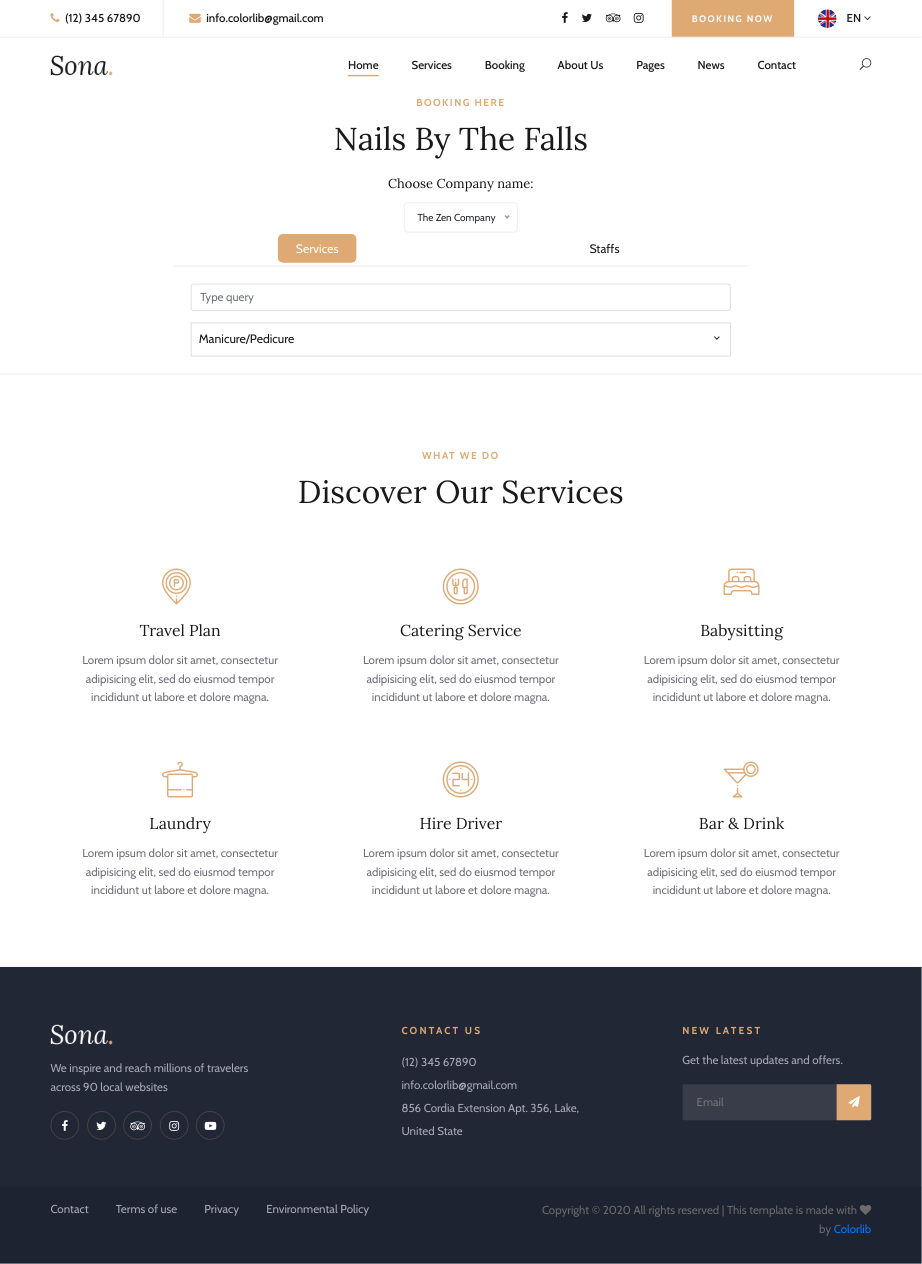
Repository: KeriBoss/Booking_Spa
Page: booking.html
An editor plug-in stored every save of this project. The page is shown before and after the next save, followed by the edit.
The browser window is 1280 px wide. The pictures show the whole page, at 72% of full size.

Above is the page before, as saved 2023-05-19 16:31:59.

After the next save:
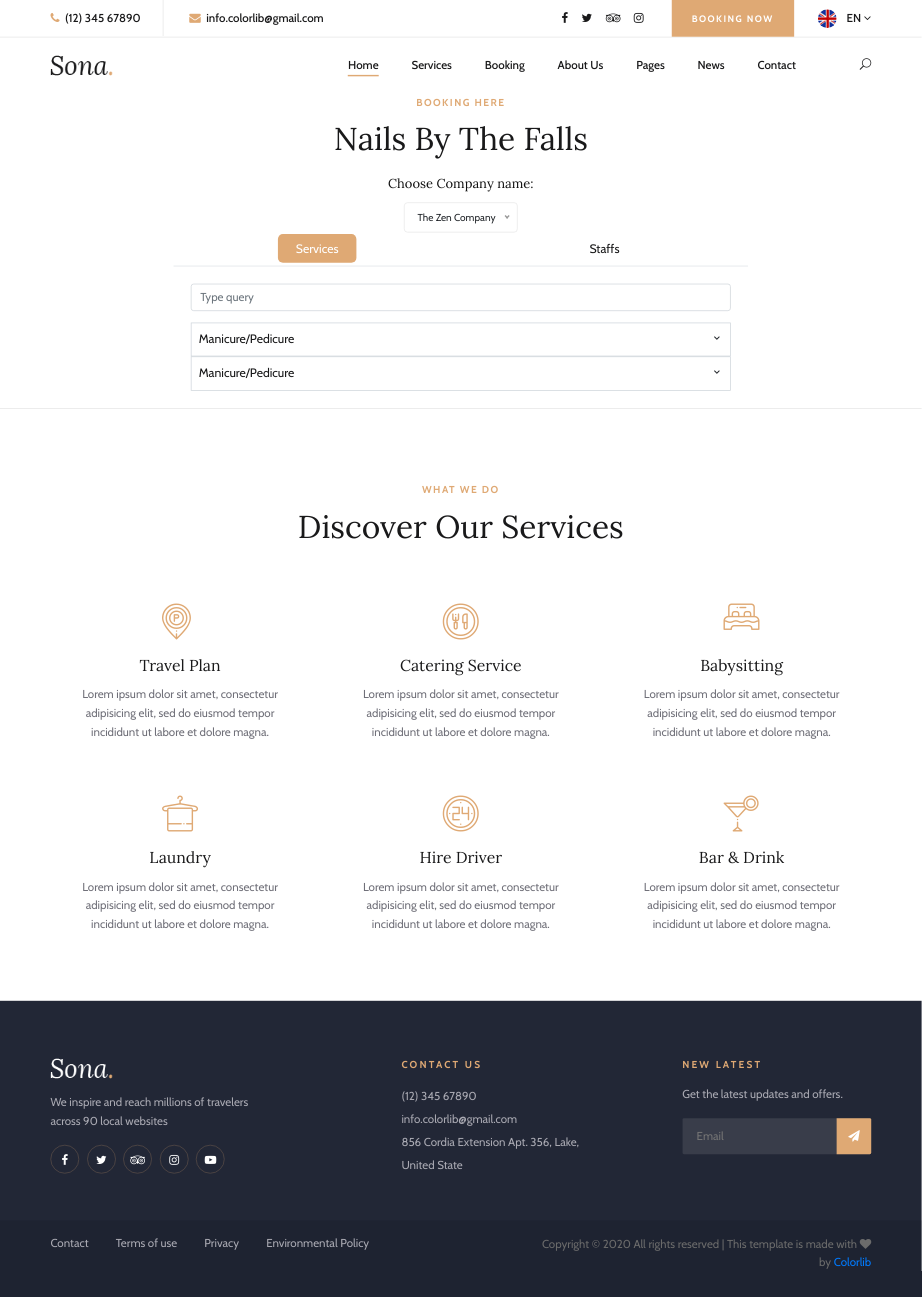
Saved 12 s later.
--- a/booking.html
+++ b/booking.html
@@ -231,6 +231,30 @@
                                                 </div>
                                             </div>
                                         </div>
+                                        <div class="collapse-item">
+                                            <a data-toggle="collapse" href="#multiCollapseExample1" role="button"
+                                                aria-expanded="false" aria-controls="multiCollapseExample1">Manicure/Pedicure</a>
+                                            <span class="float-right"><i class='bx bx-chevron-down'></i></span>
+                                            <div class="row">
+                                                <div class="col">
+                                                    <div class="collapse multi-collapse" id="multiCollapseExample1">
+                                                        <div class="row">
+                                                            <div class="col-12">
+                                                                <div class="item-service ">
+                                                                    <div class="desc-left">
+                                                                        <p>Express Manicure</p>
+                                                                        <p><i class='bx bx-time-five'></i> 01 hours 30 minutes <span class="space">.</span> <span class="price">$20</span></p>
+                                                                    </div>
+                                                                    <div class="desc-right">
+                                                                        <input type="radio" name="services">
+                                                                    </div>
+                                                                </div>
+                                                            </div>
+                                                        </div>
+                                                    </div>
+                                                </div>
+                                            </div>
+                                        </div>
                                     </div>
                                 </form>
                             </div>
